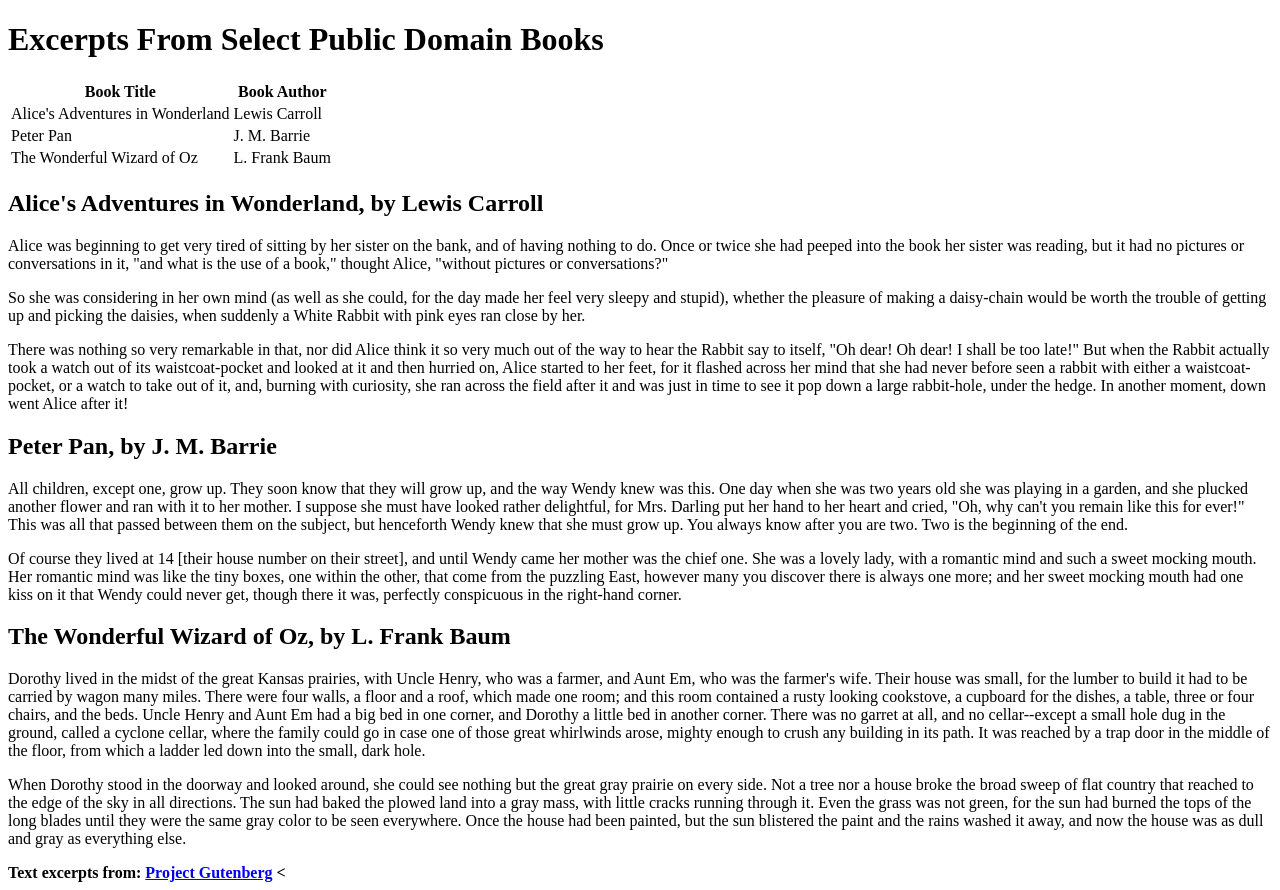
Repository: rishondass/ITMD361-Lab3
Page: index.html
These files come from the project's save history. The page is drawn as it stood at one moment and after a run of saves; the edit follows.
The browser window is 1280 px wide. The pictures show the whole page.

Above is the page before, as saved 2023-01-13 14:33:41.

### index.html
<!DOCTYPE html>
<html lang="en">
<head>
    <meta charset="UTF-8">
    <meta http-equiv="X-UA-Compatible" content="IE=edge">
    <meta name="viewport" content="width=device-width, initial-scale=1.0">
    <title>Excerpts From Select Public Domain Books</title>
</head>
<body>
    <h1>Excerpts From Select Public Domain Books</h1>
    <table>
        <thead>
            <tr>
                <th>
                    <strong>Book Title</strong>
                </th>
                <th>
                    <strong>Book Author</strong>
                </th>
            </tr>
        </thead>
        <tbody>
            <tr>
                <td>Alice's Adventures in Wonderland</td>
                <td>Lewis Carroll</td>
            </tr>
            <tr>
                <td>Peter Pan</td>
                <td>J. M. Barrie</td>
            </tr>
            <tr>
                <td>The Wonderful Wizard of Oz</td>
                <td>L. Frank Baum</td>
            </tr>
        </tbody>
    </table>

    <h2>Alice's Adventures in Wonderland, by Lewis Carroll</h2>
    <p>
        Alice was beginning to get very tired of sitting by her sister on the bank, and of having nothing to do. Once or twice she had peeped into the book her sister was reading, but it had no pictures or conversations in it, "and what is the use of a book," thought Alice, "without pictures or conversations?"
    </p>
    <p>
        So she was considering in her own mind (as well as she could, for the day made her feel very sleepy and stupid), whether the pleasure of making a daisy-chain would be worth the trouble of getting up and picking the daisies, when suddenly a White Rabbit with pink eyes ran close by her.
    </p>
    <p>
        There was nothing so very remarkable in that, nor did Alice think it so very much out of the way to hear the Rabbit say to itself, "Oh dear! Oh dear! I shall be too late!" But when the Rabbit actually took a watch out of its waistcoat-pocket and looked at it and then hurried on, Alice started to her feet, for it flashed across her mind that she had never before seen a rabbit with either a waistcoat-pocket, or a watch to take out of it, and, burning with curiosity, she ran across the field after it and was just in time to see it pop down a large rabbit-hole, under the hedge. In another moment, down went Alice after it!
    </p>
    <h2>Peter Pan, by J. M. Barrie</h2>
    <p>
        All children, except one, grow up. They soon know that they will grow up, and the way Wendy knew was this. One day when she was two years old she was playing in a garden, and she plucked another flower and ran with it to her mother. I suppose she must have looked rather delightful, for Mrs. Darling put her hand to her heart and cried, "Oh, why can't you remain like this for ever!" This was all that passed between them on the subject, but henceforth Wendy knew that she must grow up. You always know after you are two. Two is the beginning of the end.
    </p>
    <p>
        Of course they lived at 14 [their house number on their street], and until Wendy came her mother was the chief one. She was a lovely lady, with a romantic mind and such a sweet mocking mouth. Her romantic mind was like the tiny boxes, one within the other, that come from the puzzling East, however many you discover there is always one more; and her sweet mocking mouth had one kiss on it that Wendy could never get, though there it was, perfectly conspicuous in the right-hand corner.

    </p>
    <h2>The Wonderful Wizard of Oz, by L. Frank Baum</h2>
    <p>
        Dorothy lived in the midst of the great Kansas prairies, with Uncle Henry, who was a farmer, and Aunt Em, who was the farmer's wife.  Their house was small, for the lumber to build it had to be carried by wagon many miles.  There were four walls, a floor and a roof, which made one room; and this room contained a rusty looking cookstove, a cupboard for the dishes, a table, three or four chairs, and the beds.  Uncle Henry and Aunt Em had a big bed in one corner, and Dorothy a little bed in another corner.  There was no garret at all, and no cellar--except a small hole dug in the ground, called a cyclone cellar, where the family could go in case one of those great whirlwinds arose, mighty enough to crush any building in its path.  It was reached by a trap door in the middle of the floor, from which a ladder led down into the small, dark hole.
    </p>
    <p>
        When Dorothy stood in the doorway and looked around, she could see nothing but the great gray prairie on every side.  Not a tree nor a house broke the broad sweep of flat country that reached to the edge of the sky in all directions.  The sun had baked the plowed land into a gray mass, with little cracks running through it.  Even the grass was not green, for the sun had burned the tops of the long blades until they were the same gray color to be seen everywhere.  Once the house had been painted, but the sun blistered the paint and the rains washed it away, and now the house was as dull and gray as everything else.
    </p>

    <strong>Text excerpts from: <a href="http://www.gutenberg.org">Project Gutenberg</a></strong>

    <strong>
        <
    </strong>
</body>
</html>

After the next 2 saves:
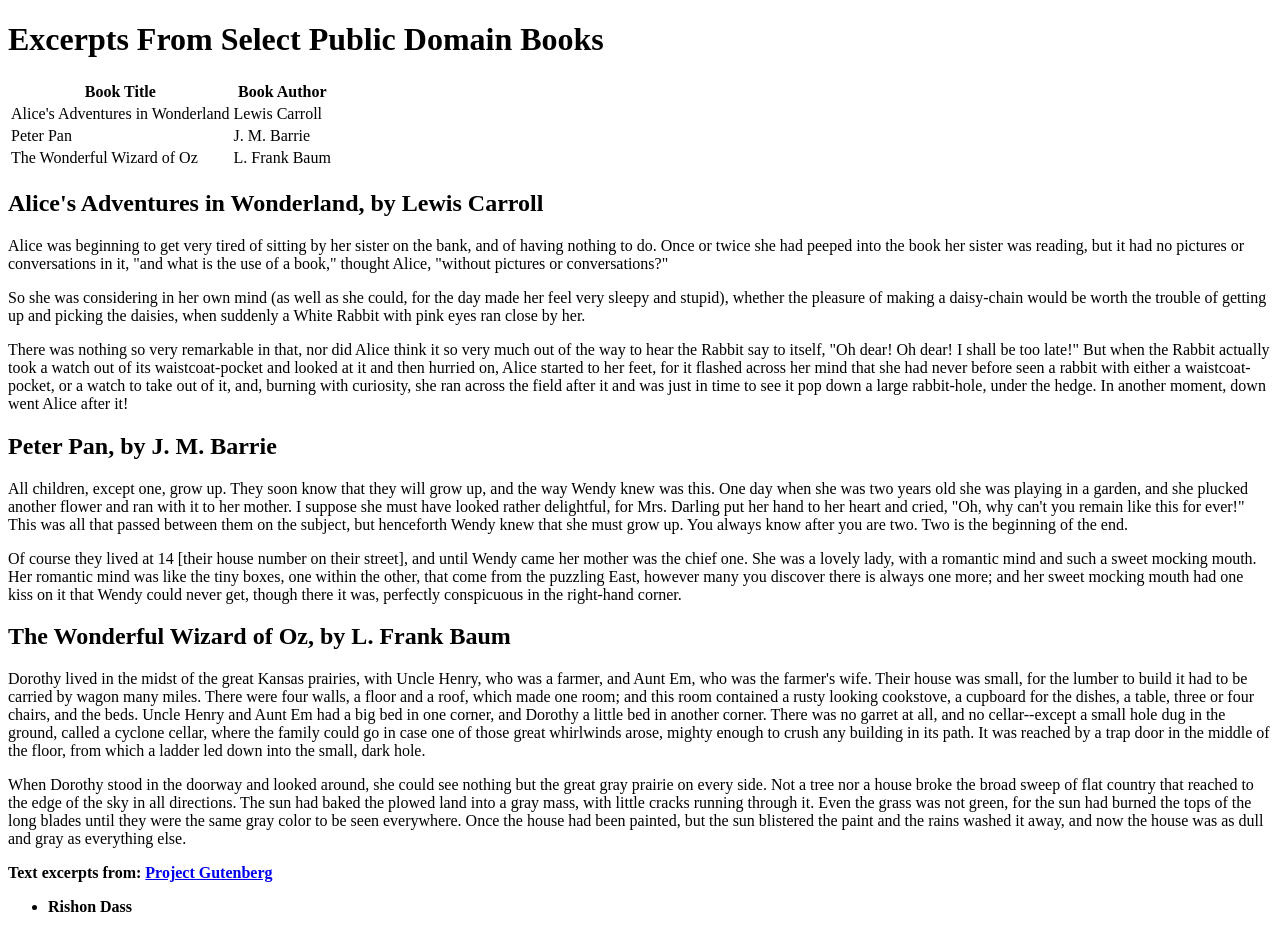
The 2 saves are shown as one change because they came seconds apart.
The last was saved 7 s later.
--- a/index.html
+++ b/index.html
@@ -64,7 +64,11 @@
     <strong>Text excerpts from: <a href="http://www.gutenberg.org">Project Gutenberg</a></strong>
 
     <strong>
-        <
+        <ul>
+            <li>
+                Rishon Dass
+            </li>
+        </ul>
     </strong>
 </body>
 </html>
